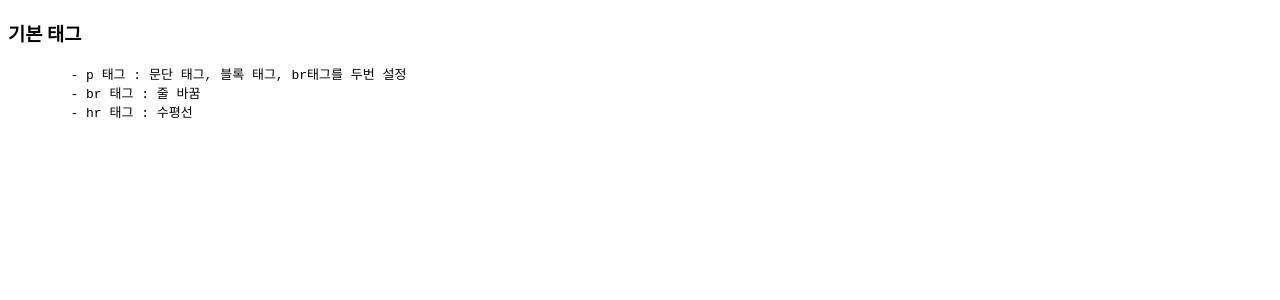
Repository: JiYoon0712/HTML_CSS_javascript
Page: work/study/src/main/webapp/htmlEx/ch02/ex03.html
These files come from the project's save history. The page is drawn as it stood at one moment and after the next save; the edit follows.
The browser window is 1280 px wide. The pictures show the whole page.

Above is the page before, as saved 2023-04-03 02:05:38.

After the next save:
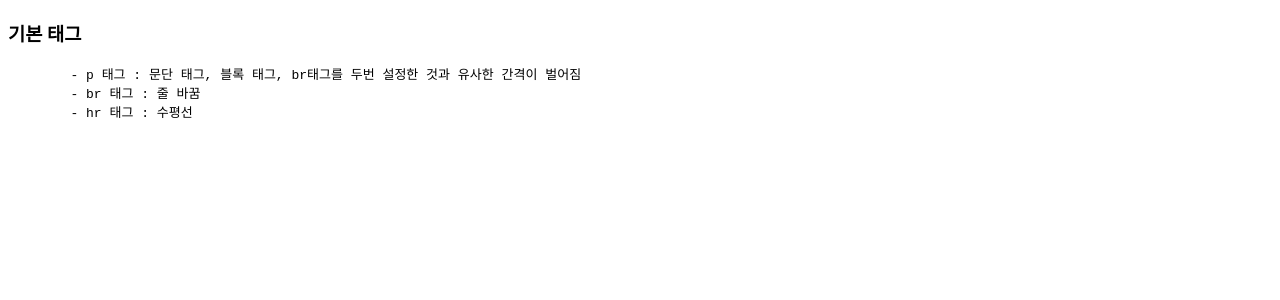
Saved 11 s later.
--- a/work/study/src/main/webapp/htmlEx/ch02/ex03.html
+++ b/work/study/src/main/webapp/htmlEx/ch02/ex03.html
@@ -9,7 +9,7 @@
 <h3>기본 태그</h3>
 
 <pre>
-	- p 태그 : 문단 태그, 블록 태그, br태그를 두번 설정
+	- p 태그 : 문단 태그, 블록 태그, br태그를 두번 설정한 것과 유사한 간격이 벌어짐
 	- br 태그 : 줄 바꿈
 	- hr 태그 : 수평선
 </pre>
